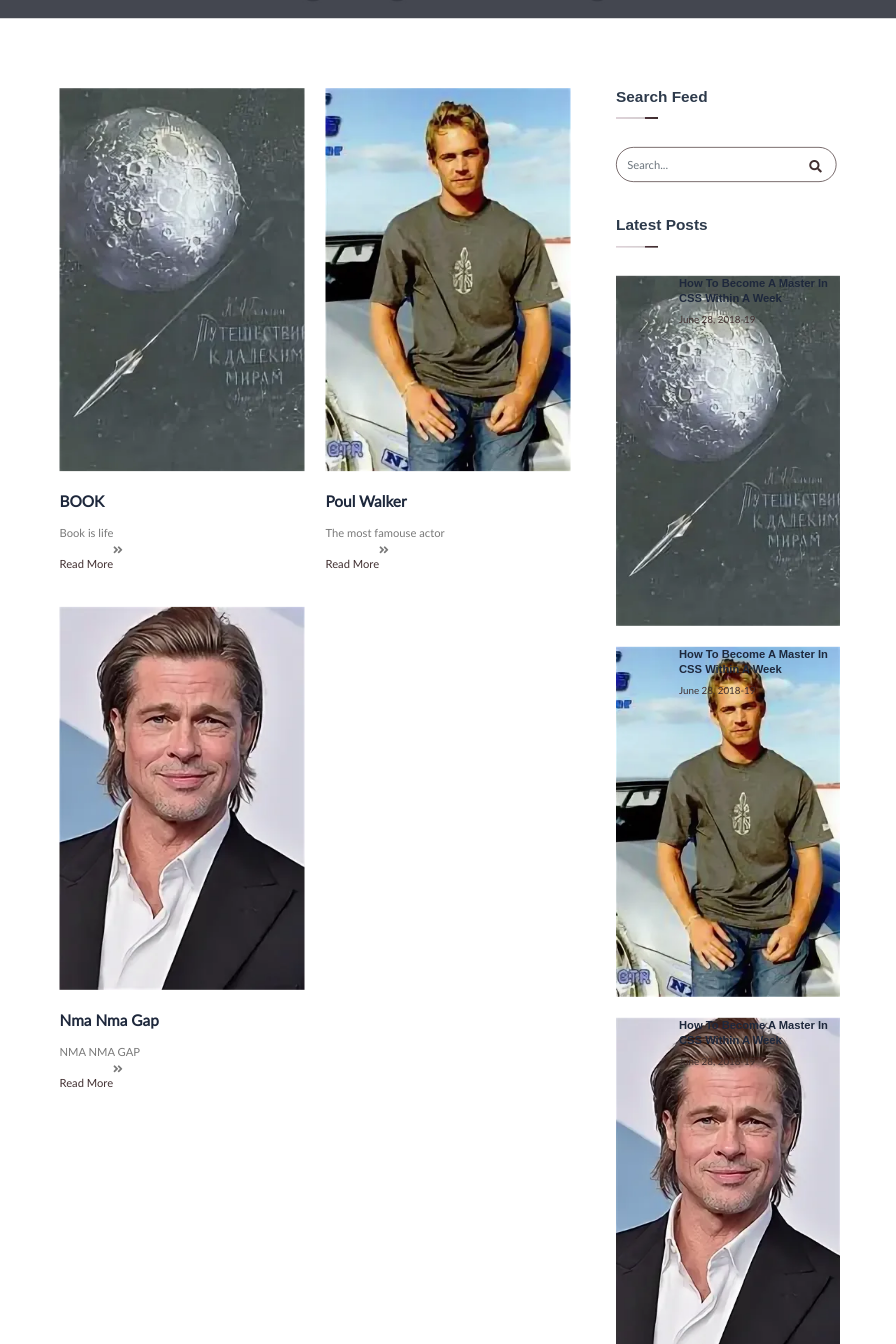
Repository: maqsudov0371/vazifa7oy10dars
Page: http://localhost/service/
An editor plug-in stored every save of this project. The page is shown before and after a run of saves, followed by the edit.
The browser window is 1280 px wide. The pictures show the part of the page from y = 560 to 2480 px (the page is 3407 px tall), at 70% of full size.
Some web fonts or font styles are not loaded; a fallback is used. The page is served by the project's application, run on Django 4.2 (manage.py). Other server files are loaded and not shown. The page reads the database file committed with the project. Queries for data that is not in the repository find no rows.

Above is the page before, as saved 2024-09-11 15:07:36.
Console error: TypeError: Cannot read properties of undefined (reading 'left')

### main/templates/main/service.html
{% extends 'base.html' %}

{% block slider %}
{% endblock slider %}

{% block content %}
    <!-- inner header wrapper start -->
    <div class="page_title_section float_left">
        <div class="page_header">
            <div class="container">
                <div class="row">
                    <!-- section_heading start -->
                    <div class="col-lg-12 col-md-12 col-12 col-sm-12">
                        <h1>Services</h1>
                    </div>
                    <div class="col-lg-12 col-md-12 col-12 col-sm-12">
                        <div class="sub_title_section">
                            <ul class="sub_title">
                                <li><a href="#">Home</a> &nbsp;&nbsp;&nbsp; &gt; &nbsp;&nbsp;</li>
                                <li>Services</li>
                            </ul>
                        </div>
                    </div>
                </div>
            </div>
        </div>
    </div>
    <!-- inner header wrapper end -->

    <!-- blog wrapper start -->
    <div class="blog_wrapper float_left">
        <div class="container">
            <div class="row">
                <div class="col-xl-8 col-lg-8 col-md-12 col-sm-12 col-xs-12">
                    <div class="row">
                        {% for service in services %}
                        <div class="col-md-6">
                            <div class="blog-post-wrapper iner_blog">
                                <div class="post-thumbnail">
                                    <img src="{{ service.image.url }}" class="img-responsive" alt="Image">
                                </div>
                                <div class="blog-content edu_service_header">
                                    <header class="entry-header">
                                        <h4 class="entry-title edu_service_heading">
                                            <a href="{% url 'main:service_detail' pk=service.pk %}">{{ service.title }}</a>
                                        </h4>
                                    </header>
                                    <div class="entry-content">
                                        <p>{{ service.content|truncatewords:20 }}</p>
                                    </div>
                                    <a href="{% url 'main:service_detail' pk=service.pk %}" class="blog_read">Read More</a>
                                    <i class="fa fa-angle-double-right" aria-hidden="true"></i>
                                </div>
                            </div>
                        </div>
                        {% endfor %}
                    </div>
                </div>

                <!-- Sidebar -->
                <div class="col-xl-4 col-lg-4 col-md-12 col-sm-12 col-xs-12 right_sidebar blog_single_sidebar">
                    <!-- Search Form -->
                    <div class="sidebar_widget float_left">
                        <div class="widget_heading">
                            <h2>Search feed</h2>
                        </div>
                        <form class="search_form" role="search">
                            <div class="form-group">
                                <input type="text" class="form-control" placeholder="Search...">
                            </div>
                            <button type="submit"><i class="fa fa-search"></i></button>
                        </form>
                    </div>

                    <!-- Latest Posts -->
                    <div class="sidebar_widget float_left">
                        <div class="widget_heading">
                            <h2>Latest Posts</h2>
                        </div>
                        {% for last in services %}
                            <div class="blog_wrapper22 float_left">
                                <div class="blog_image">
                                    <img src="{{ last.image.url }}" class="img-responsive" alt="blog_img1" />
                                </div>
                                <div class="blog_text">
                                    <h5><a href="#">How to Become a Master in CSS within a Week</a></h5>
                                    <div class="blog_date">June 28, 2018-19</div>
                                </div>
                            </div>
                        {% endfor %}
                    </div>


                </div>
            </div>
        </div>
    </div>
    <!-- blog wrapper end -->

    <!-- edu letter wrapper Start -->
    <div class="edu_letter_main_wrapper float_left">
        <div class="container">
            <div class="edu_left_envo">
                <img src="images/innn.png" alt="img">
                <h3>Sign Up for Newsletter</h3>
            </div>
            <div class="edu_right_form">
                <input type="text" placeholder="Enter your email">
                <button>Sign Up</button>
            </div>
        </div>
    </div>
    <!-- edu letter wrapper End -->
{% endblock content %}

### templates/base.html
<!DOCTYPE html>
<!--
Template Name: Edu365 Education HTML
Version: 1.0.0
Author: Webstrot

-->
<!--[if IE 8]> <html lang="en" class="ie8 no-js"> <![endif]-->
<!--[if IE 9]> <html lang="en" class="ie9 no-js"> <![endif]-->
<!--[if !IE]><!-->
<html lang="zxx">
<!--[endif]-->

<head>
    <meta charset="utf-8" />
    <title>Edu365 Education HTML Template</title>
    <meta content="width=device-width, initial-scale=1.0" name="viewport" />
    <meta name="description" content="Education" />
    <meta name="keywords" content="Education" />
    <meta name="author" content="" />
    <meta name="MobileOptimized" content="320" />
    <!--Template style -->
    {% include 'components/_style.html' %}

</head>

<body>
        <div id="preloader">
        <div id="status">
            <img src="/static/images/preloader.gif" id="preloader_image" alt="loader">
        </div>
    </div>
    <!-- edu top header wrapper Start -->
        {% include 'components/header/_top_header.html' %}
    <!-- edu top header wrapper End -->

    <!-- edu logo header wrapper Start -->
        {% include 'components/header/_logo_header.html' %}
    <!-- edu logo header wrapper End -->

    <!-- edu navihation header wrapper Start -->
        {% include 'components/header/_navihation_header.html' %}
    <!-- edu navihation header wrapper End -->

        <!-- edu slider wrapper Start -->
        {% block slider %}
        {% include 'components/header/_slider.html' %}
        {% endblock slider %}
    <!-- edu slider wrapper End -->

    {% block content %}
    {% endblock content %}

     <!-- footer Wrapper Start -->
    {% include 'components/_footer.html' %}
    <!-- footer Wrapper End -->

    {% include 'components/_script.html' %}

</body>
</html>

### templates/components/_style.html
{% load static %}
<link rel="stylesheet" type="text/css" href="{% static 'css/animate.css' %}" />
<link rel="stylesheet" type="text/css" href="{% static 'css/bootstrap.min.css' %}" />
<link rel="stylesheet" type="text/css" href="{% static 'css/fonts.css' %}" />
<link rel="stylesheet" type="text/css" href="{% static 'css/font-awesome.css' %}" />
<link rel="stylesheet" type="text/css" href="{% static 'css/nice-select.css' %}" />
<link rel="stylesheet" type="text/css" href="{% static 'css/settings.css' %}" />
<link rel="stylesheet" type="text/css" href="{% static 'css/book.css' %}" />
<link rel="stylesheet" type="text/css" href="{% static 'css/swiper.css' %}" />
<link rel="stylesheet" type="text/css" href="{% static 'css/venobox.css' %}" />
<link rel="stylesheet" type="text/css" href="{% static 'css/testimonial.css' %}" />
<link rel="stylesheet" type="text/css" href="{% static 'css/flaticon.css' %}" />
<link rel="stylesheet" type="text/css" href="{% static 'css/owl.carousel.css' %}" />
<link rel="stylesheet" type="text/css" href="{% static 'css/owl.theme.default.css' %}" />
<link rel="stylesheet" type="text/css" href="{% static 'css/settings.css' %}" />
<link rel="stylesheet" type="text/css" href="{% static 'css/layers.css' %}" />
<link rel="stylesheet" type="text/css" href="{% static 'css/navigation.css' %}" />
<link rel="stylesheet" type="text/css" href="{% static 'css/style.css' %}" />
<link rel="stylesheet" type="text/css" href="{% static 'css/responsive.css' %}" />
<!--favicon-->
<link rel="shortcut icon" type="image/png" href="{% static 'images/favicon.png' %}" />

### templates/components/header/_top_header.html
<div class="edu_top_header_wrapper float_left">
        <div class="container">
            <div class="row">
                <div class="col-xl-6 col-lg-6 col-md-6 col-sm-12 col-12">
                    <div class="edu_top_header_left_wrapper">
                        <p>{{ header.message }}</p>
                    </div>
                </div>
                <div class="col-xl-6 col-lg-6 col-md-6 col-sm-12 col-12">
                    <div class="edu_top_header_right_wrapper">
                        <ul>
                            <li><a href=""><i class="fab fa-facebook-f"></i></a>
                            </li>
                            <li><a href="#"><i class="fab fa-twitter"></i></a>
                            </li>
                            <li><a target="_blank" href="https://www.youtube.com/{{ header.youtube }}"><i class="fab fa-youtube"></i></a>
                            </li>
                            <li><a href="#"><i class="fab fa-linkedin-in"></i></a>
                            </li>
                        </ul>
                    </div>
                </div>
            </div>
        </div>
    </div>

### templates/components/header/_logo_header.html
<div class="edu_logo_header_wrapper float_left">
        <div class="container">
            <div class="row">
                <div class="col-md-12">
                    <div class="edu_border_line">
                        <div class="row">
                            <div class="col-md-3">
                                <div class="edu_logo_main_wrapper">
                                    <a href="index.html">
                                        <img src="{{ header.logo.url }}" alt="logo">
                                    </a>
                                </div>
                            </div>
                            <div class="col-md-9 d-none d-sm-none d-md-block">
                                <div class="lv_share_info_wrapper">
                                    <ul>
                                        <li>
                                            <div class="lv_header_icon">
                                                <img src="/static/images/pin.png" alt="Map Icon" title="Map Icon">
                                            </div>
                                            <p>{{ header.address }}</p>
                                        </li>
                                        <li>
                                            <div class="lv_header_icon">
                                                <img src="/static/images/phone.png" alt="Call Icon" title="Call Icon">
                                            </div>
                                            <p>{{ header.phone1 }}
                                                <br>{{ header.phone2 }}</p>
                                        </li>
                                        <li>
                                            <div class="lv_header_icon">
                                                <img src="/static/images/env.png" alt="Mail Icon" title="Mail Icon">
                                            </div>
                                            <p> <a href="#">{{ header.email1 }}</a>
                                                <br> <a href="#">{{ header.email2 }}</a>
                                            </p>
                                        </li>
                                    </ul>
                                </div>
                            </div>
                        </div>
                    </div>
                </div>
            </div>
        </div>
    </div>
    <a id="back2Top" title="Back to top" href="#">&#10148;</a>

### main/models.py
from django.db import models
from django.contrib.auth.models import AbstractUser, User
from django.urls import reverse
from django.core.validators import FileExtensionValidator
from PIL import Image
from django.db import models



# Create your models here.

class User(AbstractUser):
    phone = models.CharField(max_length=13, blank=True,  db_index=True)
    auth_code = models.CharField(max_length=6, blank=True)

    # def get_absolute_url(self):
    #     print(self)
    #     return reverse("main:account", kwargs={"id": self.id})

    def __str__(self) -> str:
        return f"{self.username}"


class Category(models.Model):
    title = models.CharField(max_length=15)

    def __str__(self) -> str:
        return f"{self.title}"


class Tag(models.Model):
    title = models.CharField(max_length=15)

    def __str__(self) -> str:
        return f"{self.title}"




class Course(models.Model):
    LANGUAGES = (
        ('uz', 'O\'zbekcha'),
        ('ru', 'Ruscha'),
        ('en', 'Inglizcha'),
    )
    title = models.CharField(max_length=100)
    slug = models.SlugField(max_length=255, unique=True, blank=True)
    description = models.TextField()
    duration = models.DurationField(blank=True)
    price = models.DecimalField(max_digits=10, decimal_places=2)  # 100.00
    category = models.ForeignKey('Category', on_delete=models.CASCADE, related_name="courses")
    created_at = models.DateTimeField(verbose_name="Boshlanish vaqti")
    updated_at = models.DateTimeField(auto_now=True, verbose_name="Yangilanish vaqti")
    language = models.CharField(max_length=100, blank=True, choices=LANGUAGES)
    rating = models.PositiveBigIntegerField(verbose_name="Rating", default=0)
    image = models.ImageField(upload_to="images", blank=True)
    tags = models.ManyToManyField('Tag', verbose_name="tags")

    class Meta:
        ordering = ['-rating']

    def save(self, *args, **kwargs):
        # Call the parent save method to save the object
        super().save(*args, **kwargs)

        if self.image:
            img = Image.open(self.image.path)

            # Resize the image to 150x220
            img = img.resize((150, 220), Image.ANTIALIAS)
            img.save(self.image.path)


# -------------------------------------------------------------------

class Header(models.Model):
    message = models.CharField(max_length=150)
    facebook = models.CharField(max_length=30)
    twitter = models.CharField(max_length=30)
    youtube = models.CharField(max_length=30)
    linkedin = models.CharField(max_length=30)
    logo = models.ImageField(upload_to="header/logo/")
    address = models.CharField(max_length=150)
    phone1 = models.CharField(max_length=15)
    phone2 = models.CharField(max_length=15)
    email1 = models.EmailField()
    email2 = models.EmailField()

    def __str__(self):
        return f"{self.message}"


class HeaderImage(models.Model):
    service = models.CharField(max_length=100)
    content = models.CharField(max_length=255)
    header = models.ForeignKey(Header, on_delete=models.CASCADE)
    image = models.ImageField(upload_to='header/images/')


class Service(models.Model):
    title = models.CharField(max_length=150)
    content = models.TextField()
    image = models.ImageField(upload_to="service/", help_text="O'lcham: 160x250 px")
    book_image = models.ImageField(upload_to="book/image/", help_text="O'lcham 371x202 px")


class ServiceBook(models.Model):
    service = models.ForeignKey(Service, on_delete=models.PROTECT)
    file = models.FileField(upload_to="book/file/", validators=[
        FileExtensionValidator(allowed_extensions=['pdf', 'doc', 'docx'])
    ])


class Teachers(models.Model):
    title = models.CharField(max_length=255)
    name = models.CharField(max_length=100)
    image = models.ImageField(upload_to="teachers/images/")
    description = models.TextField()
    age = models.PositiveIntegerField()

### config/urls.py
"""
URL configuration for config project.

The `urlpatterns` list routes URLs to views. For more information please see:
    https://docs.djangoproject.com/en/4.2/topics/http/urls/
Examples:
Function views
    1. Add an import:  from my_app import views
    2. Add a URL to urlpatterns:  path('', views.home, name='home')
Class-based views
    1. Add an import:  from other_app.views import Home
    2. Add a URL to urlpatterns:  path('', Home.as_view(), name='home')
Including another URLconf
    1. Import the include() function: from django.urls import include, path
    2. Add a URL to urlpatterns:  path('blog/', include('blog.urls'))
"""
from django.contrib import admin
from django.urls import path, include
from django.conf import settings
from django.conf.urls.static import static

urlpatterns = [
    path('admin/', admin.site.urls),
    path('', include('main.urls', namespace="main")),
]

urlpatterns += static(settings.MEDIA_URL, document_root=settings.MEDIA_ROOT)

### main/urls.py
from django.urls import path
from .views import (HomePageView, RegisterView, LoginView, CourseDetailView,
                    AddCourseView, UpdateCourseView, ServiceView, ServiceDetailView)

app_name = 'main'

urlpatterns = [
    path('', HomePageView.as_view(), name="home"),
    path('register', RegisterView.as_view(), name="register"),
    path('login', LoginView.as_view(), name="kirish"),
    path('course/<str:slug>', CourseDetailView.as_view(), name="detail"),
    path('add_course', AddCourseView.as_view(), name="add_course"),
    path('course/<int:pk>/edit', UpdateCourseView.as_view(), name="update_course"),
    path('service/', ServiceView.as_view(), name="services"),
    path('service_detail/<int:pk>/', ServiceDetailView.as_view(), name='service_detail'),

]

### staticfiles/css/flaticon.css
	/*
  	Flaticon icon font: Flaticon
  	Creation date: 03/07/2019 08:55
  	*/

@font-face {
  font-family: "Flaticon";
  src: url("../fonts/Flaticon.eot");
  src: url("../fonts/Flaticon.eot?#iefix") format("embedded-opentype"),
       url("../fonts/Flaticon.woff2") format("woff2"),
       url("../fonts/Flaticon.woff") format("woff"),
       url("../fonts/Flaticon.ttf") format("truetype"),
       url("../fonts/Flaticon.svg#Flaticon") format("svg");
  font-weight: normal;
  font-style: normal;
}

@media screen and (-webkit-min-device-pixel-ratio:0) {
  @font-face {
    font-family: "Flaticon";
    src: url("./Flaticon.svg#Flaticon") format("svg");
  }
}

[class^="flaticon-"]:before, [class*=" flaticon-"]:before,
[class^="flaticon-"]:after, [class*=" flaticon-"]:after {
  font-family: Flaticon;
        font-size: 20px;
font-style: normal;
margin-left: 20px;
}

.flaticon-menu:before { content: "\f100"; }
.flaticon-close-envelope:before { content: "\f101"; }
.flaticon-telephone:before { content: "\f102"; }
.flaticon-map-marker:before { content: "\f103"; }
.flaticon-plus-symbol:before { content: "\f104"; }
.flaticon-left-arrow:before { content: "\f105"; }
.flaticon-right-arrow:before { content: "\f106"; }
.flaticon-notification:before { content: "\f107"; }
.flaticon-college-graduation:before { content: "\f108"; }
.flaticon-books-stack-of-three:before { content: "\f109"; }
.flaticon-classroom:before { content: "\f10a"; }
.flaticon-kids-couple:before { content: "\f10b"; }
.flaticon-file:before { content: "\f10c"; }

### db.sqlite3 (the tables this page reads, as SQL)
CREATE TABLE "main_service" ("id" integer NOT NULL PRIMARY KEY AUTOINCREMENT, "title" varchar(150) NOT NULL, "content" text NOT NULL, "image" varchar(100) NOT NULL, "book_image" varchar(100) NOT NULL, "created_at" datetime NOT NULL);
INSERT INTO "main_service" VALUES
(1, 'BOOK', 'Book is life', 'service/i_3_66ipPX7.webp', 'book/image/i_2_F5CahHc.webp', '2024-09-11 10:21:45.974625'),
(2, 'Poul Walker', 'The most famouse actor', 'service/160x250_rpNRk8M.webp', 'book/image/371x202_oRnJeCW.webp', '2024-09-11 10:22:16.011371'),
(3, 'nma nma gap', 'NMA NMA GAP', 'service/i_5.webp', 'book/image/i_6.webp', '2024-09-11 10:32:34.940560');

Loaded but not shown: staticfiles/css/animate.css (library); staticfiles/css/bootstrap.min.css (library); staticfiles/css/font-awesome.css (library); staticfiles/css/nice-select.css (common file); staticfiles/css/settings.css (library); staticfiles/css/swiper.css (library); staticfiles/css/venobox.css (common file); staticfiles/css/owl.carousel.css (library); staticfiles/css/owl.theme.default.css (common file); staticfiles/css/style.css (library); staticfiles/js/jquery-3.3.1.min.js (library); staticfiles/js/bootstrap.min.js (library); staticfiles/js/modernizr.js (library); staticfiles/js/jquery.themepunch.revolution.min.js (library); staticfiles/js/jquery.themepunch.tools.min.js (library); staticfiles/js/jquery.countTo.js (common file); staticfiles/js/jquery.inview.min.js (common file); staticfiles/js/swiper.min.js (library); staticfiles/js/venobox.min.js (library); staticfiles/js/owl.carousel.js (library); staticfiles/js/jquery.menu-aim.js (library); staticfiles/js/jquery.nice-select.min.js (common file); staticfiles/js/revolution.extension.actions.min.js (library); staticfiles/js/revolution.extension.carousel.min.js (library); staticfiles/js/revolution.extension.kenburn.min.js (library); staticfiles/js/revolution.extension.layeranimation.min.js (library); staticfiles/js/revolution.extension.migration.min.js (library); staticfiles/js/revolution.extension.navigation.min.js (library); staticfiles/js/revolution.extension.parallax.min.js (library); staticfiles/js/revolution.extension.slideanims.min.js (library); staticfiles/js/revolution.extension.video.min.js (library); staticfiles/js/custom.js (239 lines, source omitted); staticfiles/js/testimonial.js (106 lines, source omitted); staticfiles/css/layers.css (5805 lines, source omitted); staticfiles/css/navigation.css (2642 lines, source omitted); templates/components/header/_navihation_header.html (606 lines, source omitted); staticfiles/css/book.css (669 lines, source omitted); staticfiles/css/fonts.css (342 lines, source omitted); staticfiles/css/testimonial.css (69 lines, source omitted); templates/components/_script.html (186 lines, source omitted); staticfiles/css/responsive.css (431 lines, source omitted); main/views.py (191 lines, source omitted); templates/components/_footer.html (119 lines, source omitted)

After the next 4 saves:
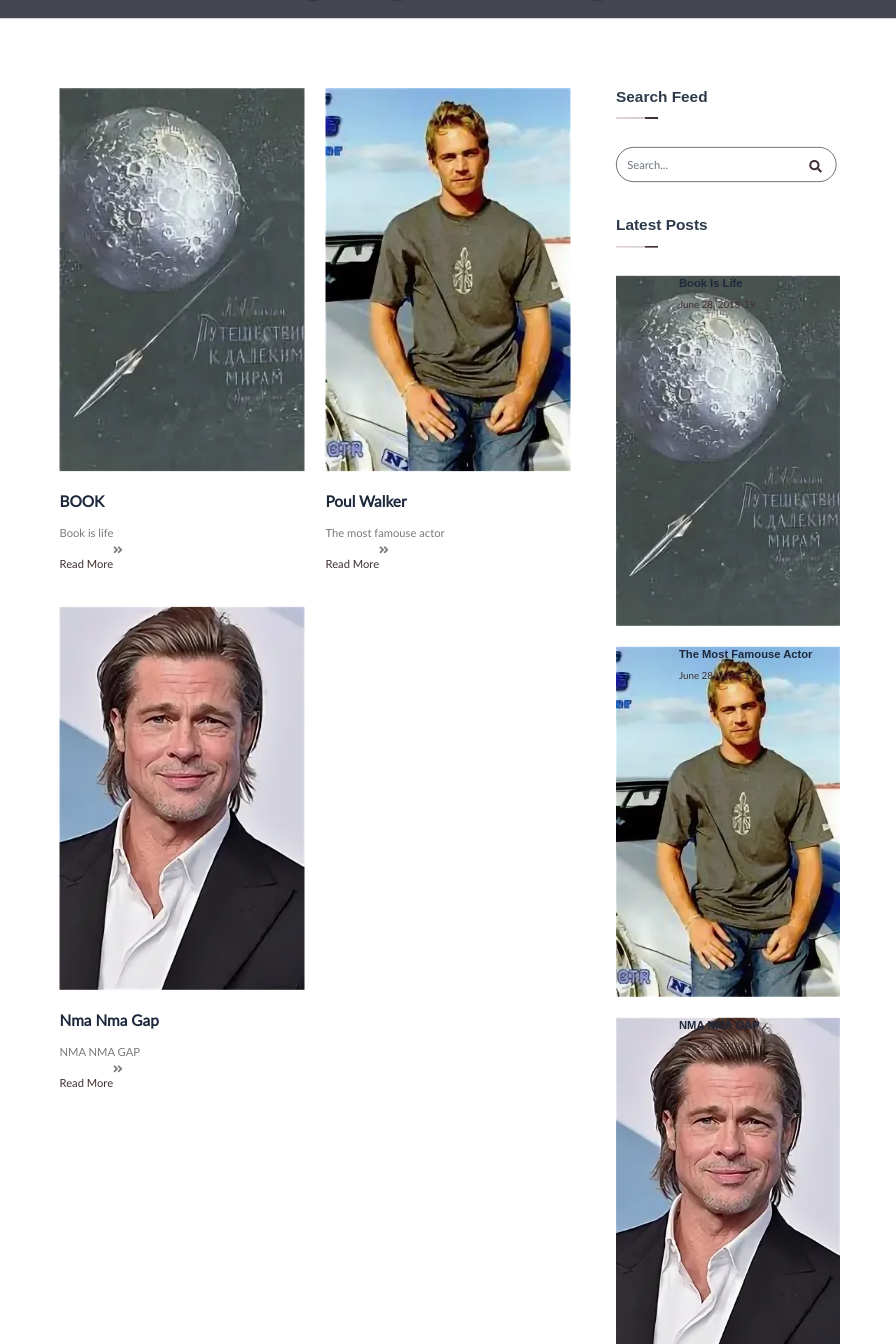
The 4 saves are shown as one change because they came seconds apart.
The last was saved 36 s later.
--- a/main/templates/main/service.html
+++ b/main/templates/main/service.html
@@ -83,7 +83,7 @@
                                     <img src="{{ last.image.url }}" class="img-responsive" alt="blog_img1" />
                                 </div>
                                 <div class="blog_text">
-                                    <h5><a href="#">How to Become a Master in CSS within a Week</a></h5>
+                                    <h5><a href="#">{{ last.content }}</a></h5>
                                     <div class="blog_date">June 28, 2018-19</div>
                                 </div>
                             </div>
